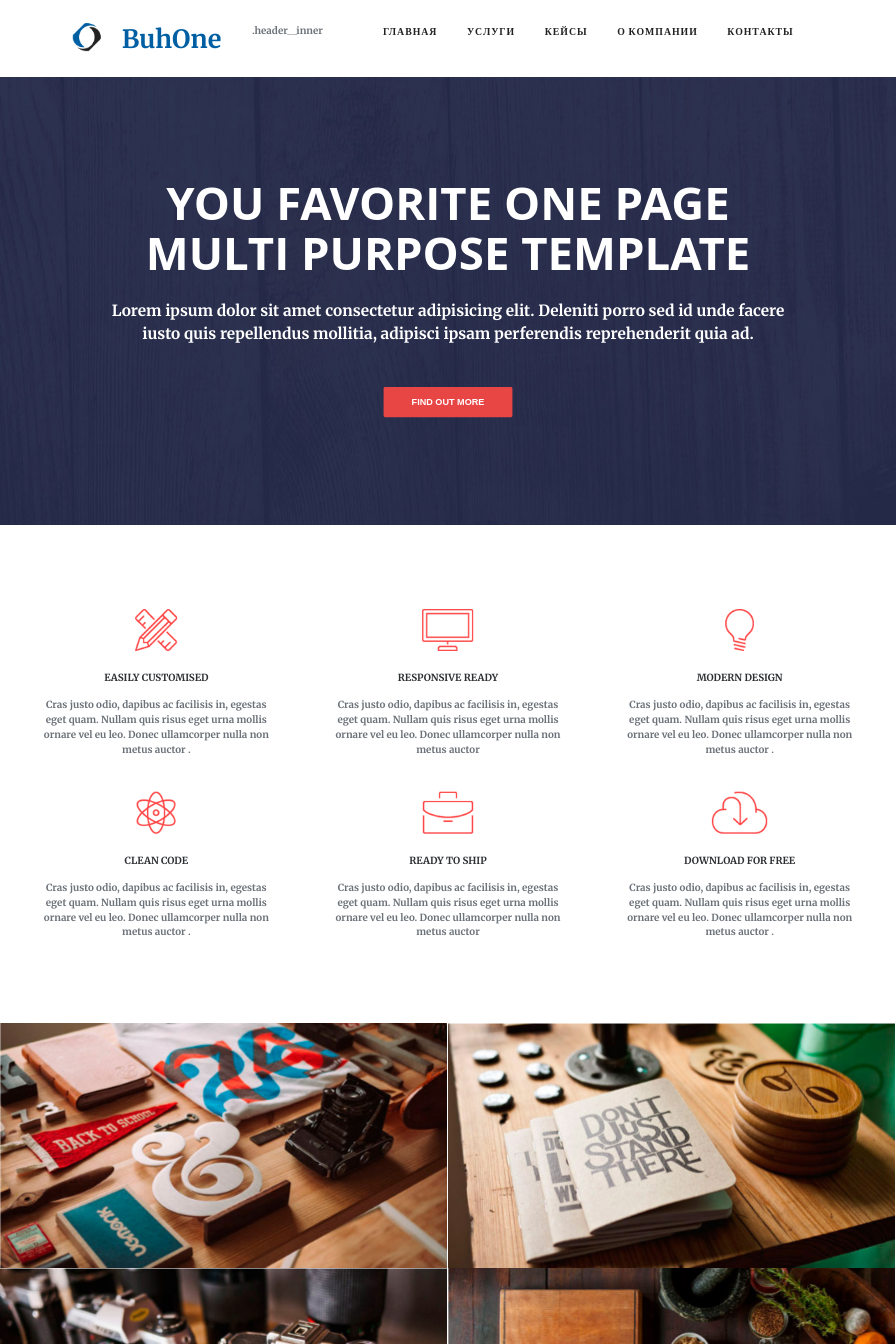
Repository: ZetsubouBilly/test
Page: index.html
The author's editor kept a copy of each file at every save. The page is drawn from the files as they stood at one save, then again after a run of saves.
The browser window is 1280 px wide. The pictures show the part of the page from y = 0 to 1920 px (the page is 4929 px tall), at 70% of full size.

Above is the page before, as saved 2023-05-13 12:30:52.

After the next 2 saves:
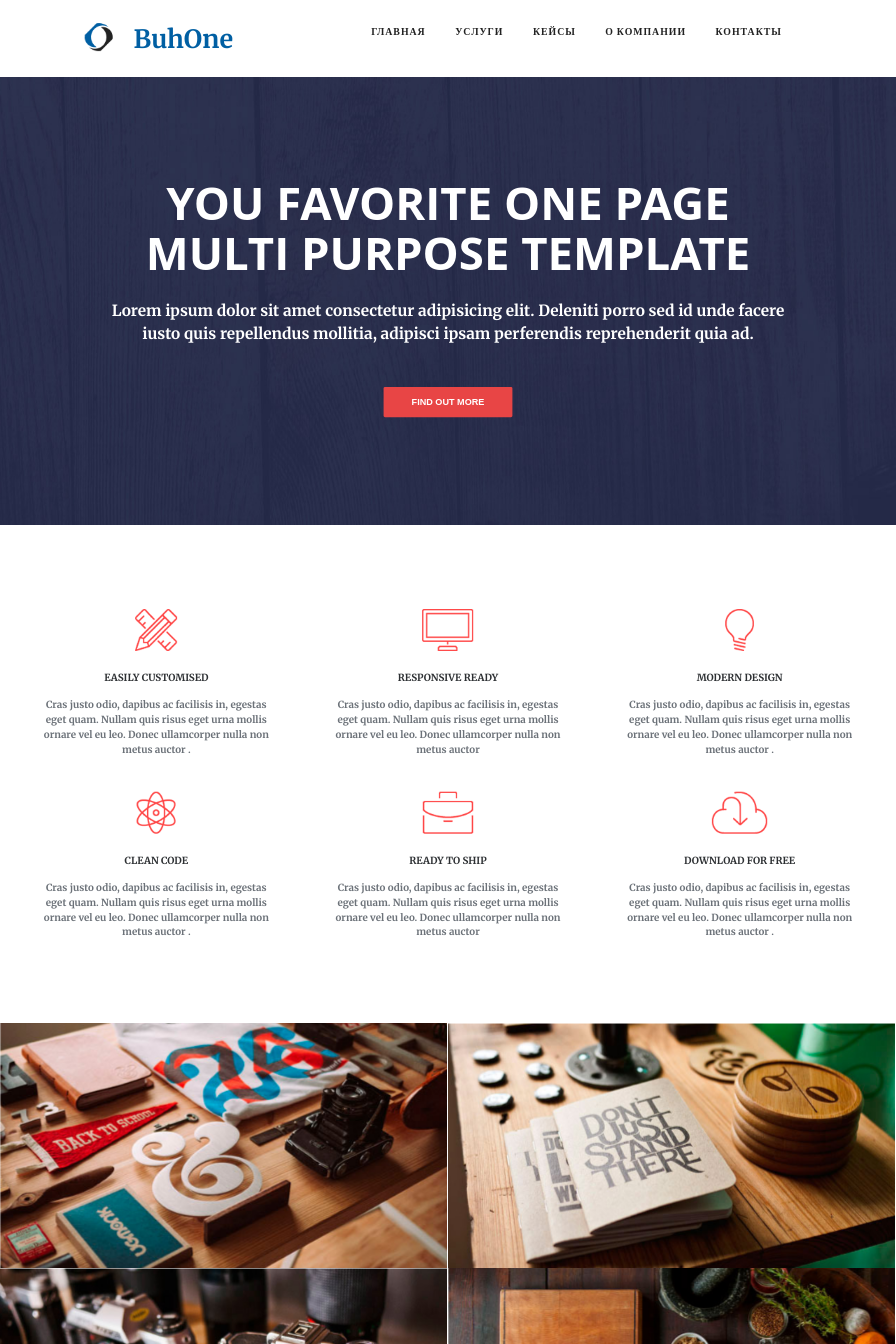
The 2 saves are shown as one change because they came seconds apart.
The last was saved 6 s later.
--- a/index.html
+++ b/index.html
@@ -33,7 +33,9 @@
                         <p class="header__logo_name">BuhOne</p>
                     </div>
                 </div>
-                .header__inner
+                <div class="header__inner_r">
+
+                </div>
 
 
                 <nav class="nav" id="nav">
